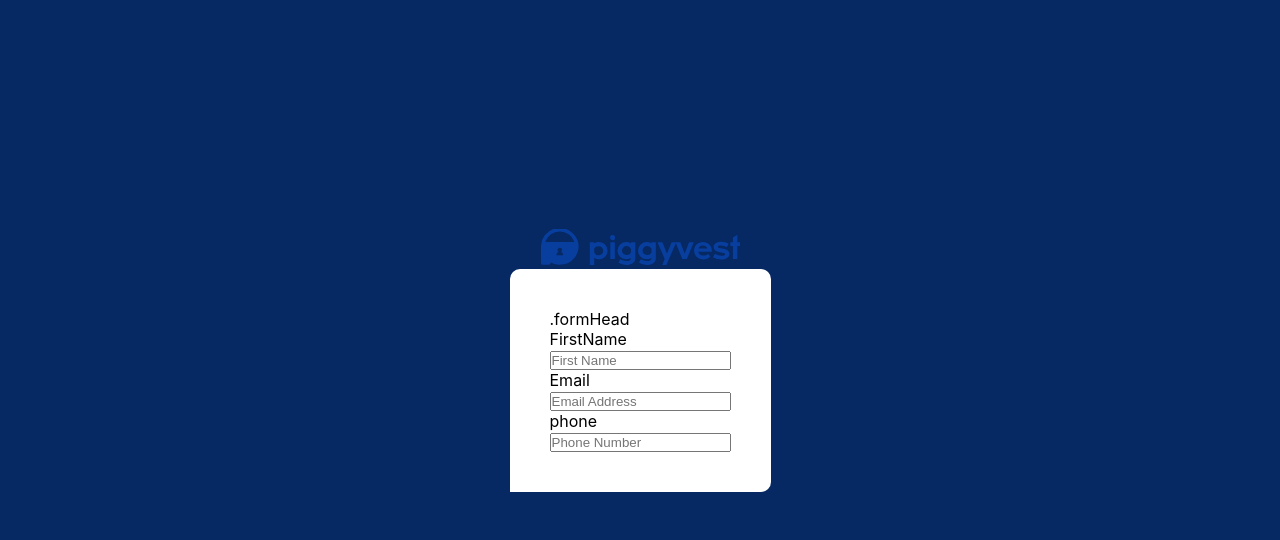
Repository: hisreal123/PiggyVest-login-Clone
Page: /RegisterPage
The author's editor kept a copy of each file at every save. The page is drawn from the files as they stood at one save, then again after a run of saves.
The browser window is 1280 px wide. The pictures show the whole page.
The project was rebuilt for these pictures with package versions that can differ from the ones it lists, and the page was loaded fresh each time. The framework's server and built-in components were replaced by stand-ins that run in the browser. Also part of the build but not shown: next.config.js.

Above is the page before, as saved 2022-07-29 22:15:42.

### pages/_app.tsx
import '../styles/globals.scss'
import type { AppProps } from 'next/app'

import '../styles/All.scss'

function MyApp({ Component, pageProps }: AppProps) {
  return <Component {...pageProps} />
}

export default MyApp

### pages/RegisterPage.tsx
import Image from "next/image";
import Link from "next/link";
import React from "react";
import { Logo } from "../Components/logo";
import { RegisterForm } from "../Components/RegisterForm";
import logo from "../public/Assets/piggyvest.svg";

export default function RegisterPage() {
  return (
    <div className="Register ">
      <Logo src={logo} />

      <div className="wrapper ">
        <RegisterForm />
      </div>
    </div>
  );
}

### styles/globals.scss
* {
  box-sizing: border-box;
  padding: 0;
  margin: 0;
}

html,
body {
  padding: 0;
  margin: 0;
  font-family: -apple-system, BlinkMacSystemFont, Segoe UI, Roboto, Oxygen,
    Ubuntu, Cantarell, Fira Sans, Droid Sans, Helvetica Neue, sans-serif;
}

a {
  text-decoration: none;
}

.container {
  padding: 0 2rem;
}
.title a:hover,
.title a:focus,
.title a:active {
  text-decoration: underline;
}

### styles/All.scss
// Register Page Design

.Register {
  background-color: #062863;
  height: 100vh;
  display: flex;
  flex-direction: column;
  justify-content: center;
  align-items: center;

  .RegisterForm {
    background-color: rgb(255, 255, 255);
    width: fit-content;
    padding: 40px 40px;
    border-radius: 10px 10px 10px 0;
    shadow: 0 0 2px lightgrey;
  }
}

### Components/logo.tsx
import Image from "next/image";
import Link from "next/link";
import React from "react";

interface imageProps {
  src: string;
}

export const Logo: React.FC<imageProps> = ({ src }) => {
  return (
    <div className="logoWrap">
      <Link href="#" className="logo">
        <Image
          alt=" logo "
          src={src}
          height="36"
          width="199"
          objectFit="cover"
        />
      </Link>
    </div>
  );
};

### Components/RegisterForm.tsx
import React, { useState } from "react";
import { AllInput } from "./AllInput";
import { InputProps as FormProps } from "./AllProps";

// interface RegisterFormProps {}
export const RegisterForm: React.FC = () => {
  return (
    <div className="RegisterForm">
      .formHead
      <div className="inputSection">
        <AllInput
          type="text"
          name="FirstName"
          placeholder="First Name "
          label="Full Name"
          value=" value"
        />

        <AllInput
          type="email"
          name="Email "
          placeholder="Email Address"
          label="Email Address"
          value=" value"
        />

        <AllInput
          type="text"
          name="phone"
          placeholder="Phone Number "
          label="Phone Number"
          value=" value"
        />
      </div>
    </div>
  );
};

### Components/AllInput.tsx
import React, { useState } from "react";
import { InputProps } from "./AllProps";

export const AllInput: React.FC<InputProps> = ({
  name,
  type,
  placeholder,
  value,
  label,
}) => {
  const [input, setInput] = useState({});

  const handleChange = (e: React.ChangeEvent<HTMLInputElement>) => {
    setInput({ ...input, [e.target.name]: e.target.value });
    console.log(e.target.name);
  };


  return (
    <div>
      <label htmlFor="FullName"> {name}</label>
      <br></br>
      <input
        type={type}
        name={name}
        placeholder={placeholder}
        onChange={handleChange}
      />
    </div>
  );
};

After the next 3 saves:
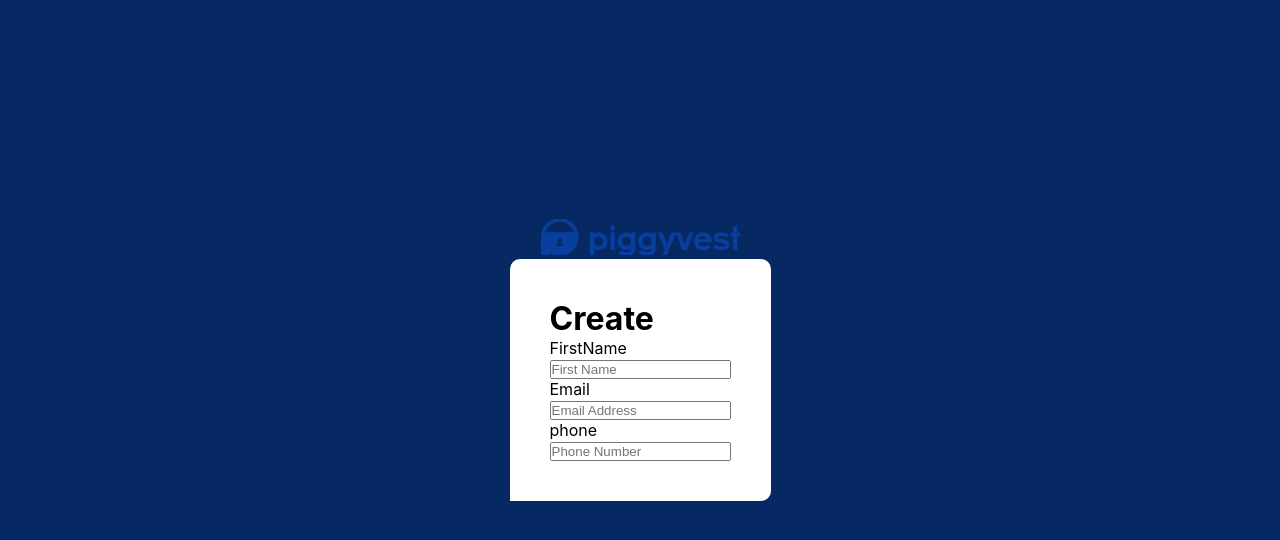
The 3 saves are shown as one change because they came seconds apart.
The last was saved 9 s later.
--- a/Components/RegisterForm.tsx
+++ b/Components/RegisterForm.tsx
@@ -6,7 +6,9 @@
 export const RegisterForm: React.FC = () => {
   return (
     <div className="RegisterForm">
-      .formHead
+      <div className="formHead">
+        <h1> Create</h1>
+      </div>
       <div className="inputSection">
         <AllInput
           type="text"
